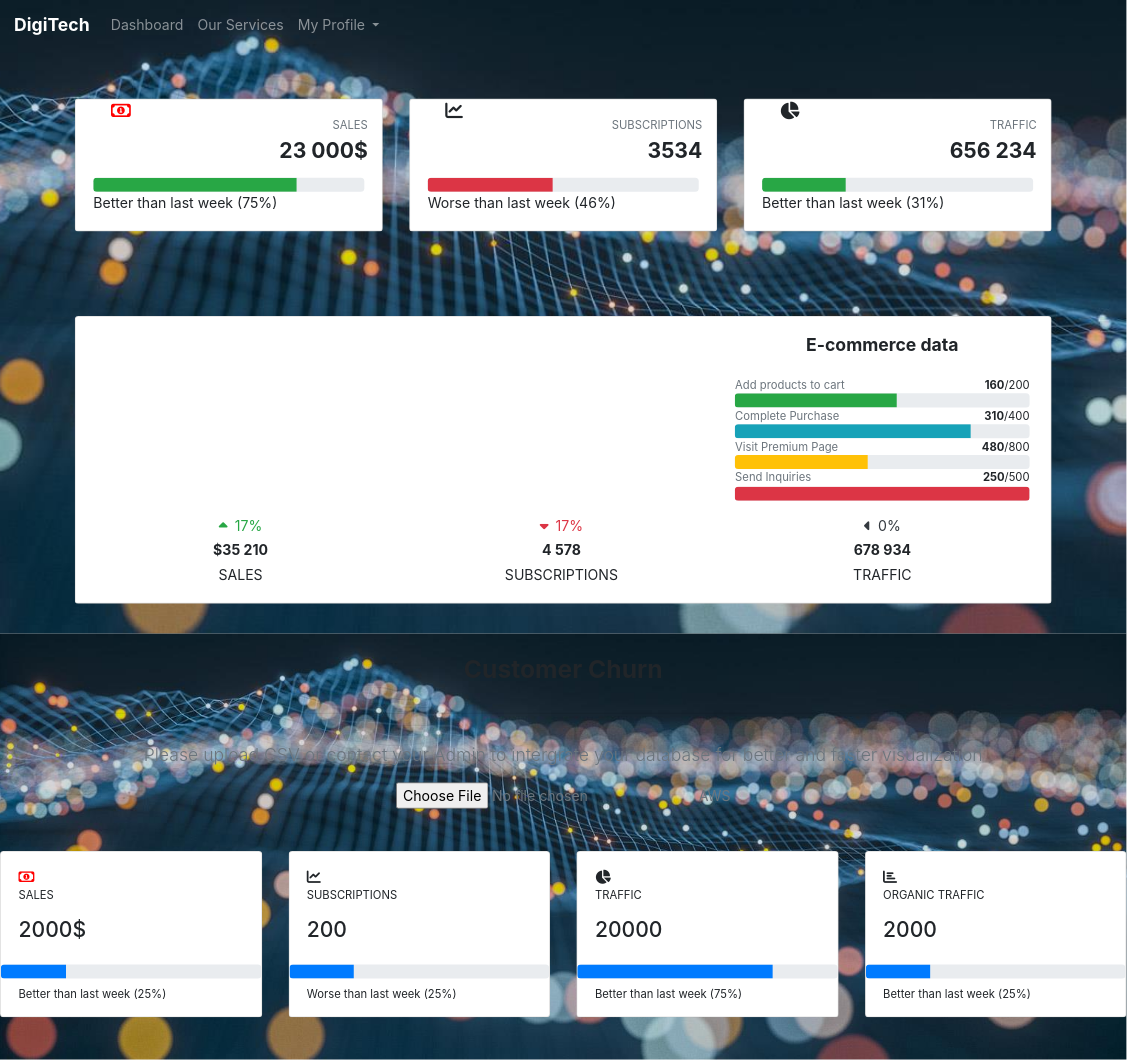
Repository: Tookliin/DigiTech
Page: /profile
The author's editor kept a copy of each file at every save. The page is drawn from the files as they stood at one save, then again after the next save.
The browser window is 1280 px wide. The page is 1295 px wide, so the pictures cover 1295 px, including what lies to the right of the window. The pictures show the whole page, at 88% of full size.
The project was rebuilt for these pictures with package versions that can differ from the ones it lists, and the page was loaded fresh each time. Also part of the build but not shown: src/components/Dashboard.vue, src/components/Error.vue, src/components/Register.vue, src/components/Organization.vue.

Above is the page before, as saved 2020-07-22 00:43:28.

### src/main.js
import Vue from 'vue';
import App from './App.vue';
import VueRouter from 'vue-router';
// import 'bootstrap-icons';
// import 'bootstrap-icons/icons';
import 'jquery';
import 'popper.js';
import 'bootstrap';
import 'bootstrap/dist/css/bootstrap.min.css';
import './assets/css/main.css';
import '@fortawesome/fontawesome-free/css/all.min.css';
import 'bootstrap-css-only/css/bootstrap.min.css';
import Dashboard from './components/Dashboard.vue';
import Profile from './components/Profile';
import Error from './components/Error.vue';
import Register from './components/Register.vue';
import Organization from './components/Organization.vue';

Vue.use(VueRouter);
Vue.config.productionTip = false

const router = new VueRouter({
routes: [
  {path: '/', component: Dashboard},
  {path: '/profile', component: Profile},
  {path: '/register', component: Register},
  {path: '/data', component: Organization},
  {path: '*', component: Error}
],
mode: 'history'
});
new Vue({
  router,
  render: h => h(App)
}).$mount('#app');

### src/App.vue
<template>
  <div id="app">
    <main class="">
  <nav class="navbar fixed-top navbar-expand-lg navbar-dark scrolling-navbar">
        <a class="navbar-brand" href="/"><strong>DigiTech</strong></a>
        <button class="navbar-toggler" type="button" data-toggle="collapse" data-target="#navbarSupportedContent" aria-controls="navbarSupportedContent" aria-expanded="false" aria-label="Toggle navigation">
            <span class="navbar-toggler-icon"></span>
        </button>
        <div class="collapse navbar-collapse" id="navbarSupportedContent">
            <ul class="navbar-nav mr-auto">
              <router-link to="/">
              <a class="nav-link">Dashboard <span class="sr-only">(current)</span></a></router-link>

                <router-link to="/profile">
                  <a class="nav-link" >Our Services</a>
                </router-link>


                 <li class="nav-item dropdown">
          <a class="nav-link dropdown-toggle" id="navbarDropdownMenuLink-4" data-toggle="dropdown" aria-haspopup="true"
            aria-expanded="false">
           My Profile
          </a>
          <div class="dropdown-menu dropdown-menu-right dropdown-info" aria-labelledby="navbarDropdownMenuLink-4">
             <router-link to="/login">
             <a class="dropdown-item">Account</a></router-link>

             <router-link to="/register">
             <a class="dropdown-item">Register</a></router-link>

             <router-link to="/logout">
             <a class="dropdown-item">Log out</a></router-link>



            <!-- <a class="dropdown-item" href="/data">Our Clients</a> -->
          </div>
        </li>
            </ul>
        </div>
    </nav>
    </main>
    <router-view/>
  </div>
</template>
<script>
export default {
  name: "App",
  components:{

  },
  data(){
    return{}
  }
}
</script>

### src/assets/css/main.css
html,
body,
header,
.view {
  height: 100%;
}

.navbar {
    background-color: transparent;
}

@media (max-width: 740px) {
  html,
  body,
  header,
  .view {
    height: 1200px;
  }
}
@media (min-width: 800px) and (max-width: 850px) {
  html,
  body,
  header,
  .view {
    height: 700px;
  }
}

.top-nav-collapse {
  background-color: #39448c !important;
}

.navbar:not(.top-nav-collapse) {
  background: transparent !important;
}

@media (max-width: 991px) {
 .navbar:not(.top-nav-collapse) {
  background: #39448c !important;
 }
}

.far{
    color: red;
}

.dashboard{
    background-color: #21D4FD;
background-image: -webkit-linear-gradient(19deg, #21D4FD 0%, #B721FF 100%);
background-image: -moz-linear-gradient(19deg, #21D4FD 0%, #B721FF 100%);
background-image: -o-linear-gradient(19deg, #21D4FD 0%, #B721FF 100%);
background-image: linear-gradient(19deg, #21D4FD 0%, #B721FF 100%);
}


 .profile{
    /* background-color: #FAACA8;
background-image: -webkit-linear-gradient(19deg, #FAACA8 0%, #DDD6F3 100%);
background-image: -moz-linear-gradient(19deg, #FAACA8 0%, #DDD6F3 100%);
background-image: -o-linear-gradient(19deg, #FAACA8 0%, #DDD6F3 100%);
background-image: linear-gradient(19deg, #FAACA8 0%, #DDD6F3 100%); */
background-image: url("../images/dsa.jpg");
background-position: center;
background-size: cover;;

 }

 .client-card{
     background-color: green;
     background-position: center;
    background-size: cover;
    position: relative;
 }

 .customer-churn{
     /* background-attachment: fixed; */
     background-image: url("../images/dsa.jpg");
     background-position: center;
     background-size: cover;;
 }

### src/components/Profile.vue
<template>

<div class="">
<div class="profile" style="height: 100vh;">

<div class="container ">
    <div class="row">
      <div class="col-lg-4 col-md-12 py-5 my-5">
        <div class="card mt-3">

          <div class="">
            <i class="far fa-money-bill-alt fa-lg primary-color z-depth-2 p-4 ml-3 mt-n3 rounded text-black"></i>
            <div class="float-right text-right p-3">
              <p class="text-uppercase text-muted mb-1"><small>sales</small></p>
              <h4 class="font-weight-bold mb-0">23 000$</h4>
            </div>
          </div>

          <div class="card-body pt-0">
            <div class="progress md-progress">
              <div class="progress-bar bg-success" role="progressbar" style="width: 75%" aria-valuenow="75" aria-valuemin="0"
                aria-valuemax="100"></div>
            </div>
            <p class="card-text">Better than last week (75%)</p>
          </div>
        </div>
      </div>

      <div class="col-lg-4 col-md-6 my-5 py-5">
        <div class="card mt-3">
          <div class="">
            <i class="fas fa-chart-line fa-lg teal z-depth-2 p-4 ml-3 mt-n3 rounded text-black"></i>
            <div class="float-right text-right p-3">
              <p class="text-uppercase text-muted mb-1"><small>subscriptions</small></p>
              <h4 class="font-weight-bold mb-0">3534</h4>
            </div>
          </div>
          <div class="card-body pt-0">
            <div class="progress md-progress">
              <div class="progress-bar bg-danger" role="progressbar" style="width: 46%" aria-valuenow="46" aria-valuemin="0"
                aria-valuemax="100"></div>
            </div>
            <p class="card-text">Worse than last week (46%)</p>
          </div>
        </div>
      </div>

      <div class="col-lg-4 col-md-6 my-5 py-5">
        <div class="card mt-3">
          <div class="">
            <i class="fas fa-chart-pie fa-lg purple z-depth-2 p-4 ml-3 mt-n3 rounded text-black"></i>
            <div class="float-right text-right p-3">
              <p class="text-uppercase text-muted mb-1"><small>traffic</small></p>
              <h4 class="font-weight-bold mb-0">656 234</h4>
            </div>
          </div>
          <div class="card-body pt-0">
            <div class="progress md-progress">
              <div class="progress-bar bg-success" role="progressbar" style="width: 31%" aria-valuenow="31" aria-valuemin="0"
                aria-valuemax="100"></div>
            </div>
            <p class="card-text">Better than last week (31%)</p>
          </div>
        </div>
      </div>
    </div>


    <!-- Client Behaviour -->
 <section>
      <div class=" client-card card">
        <div class="card-body mr-md-1">
          <div class="row mb-3">
            <div class="col-md-8 mb-4">
              <canvas id="barChart" height="100"></canvas>
            </div>
            <div class="col-md-4 mb-1 mb-md-0">
              <h5 class="text-center font-weight-bold mb-4">E-commerce data</h5>
              <div class="d-flex justify-content-between">
                <small class="text-muted">Add products to cart</small>
                <small><span><strong>160</strong></span>/<span></span>200</small>
              </div>
              <div class="progress md-progress">
                <div class="progress-bar bg-success" role="progressbar" style="width: 55%" aria-valuenow="55"
                  aria-valuemin="0" aria-valuemax="100"></div>
              </div>
              <div class="d-flex justify-content-between">
                <small class="text-muted">Complete Purchase</small>
                <small><span><strong>310</strong></span>/<span></span>400</small>
              </div>
              <div class="progress md-progress">
                <div class="progress-bar bg-info" role="progressbar" style="width: 80%" aria-valuenow="80"
                  aria-valuemin="0" aria-valuemax="100"></div>
              </div>
              <div class="d-flex justify-content-between">
                <small class="text-muted">Visit Premium Page</small>
                <small><span><strong>480</strong></span>/<span></span>800</small>
              </div>
              <div class="progress md-progress">
                <div class="progress-bar bg-warning" role="progressbar" style="width: 45%" aria-valuenow="45"
                  aria-valuemin="0" aria-valuemax="100"></div>
              </div>
              <div class="d-flex justify-content-between">
                <small class="text-muted">Send Inquiries</small>
                <small><span><strong>250</strong></span>/<span></span>500</small>
              </div>
              <div class="progress md-progress">
                <div class="progress-bar bg-danger" role="progressbar" style="width: 100%" aria-valuenow="100"
                  aria-valuemin="0" aria-valuemax="100"></div>
              </div>
            </div>
          </div>
          <div class="row text-center">
            <div class="col-md-4 mb-4 mb-md-0">
              <p class="text-success mb-1"><i class="fas fa-caret-up mr-2"></i>17%</p>
              <p class="font-weight-bold mb-1">$35 210</p>
              <p class="text-uppercase mb-md-0">Sales</p>
            </div>
            <div class="col-md-4 mb-4 mb-md-0">
              <p class="text-danger mb-1"><i class="fas fa-caret-down mr-2"></i>17%</p>
              <p class="font-weight-bold mb-1">4 578</p>
              <p class="text-uppercase mb-md-0">Subscriptions</p>
            </div>
            <div class="col-md-4 mb-0">
              <p class="text-dark mb-1"><i class="fas fa-caret-left mr-2"></i>0%</p>
              <p class="font-weight-bold mb-1">678 934</p>
              <p class="text-uppercase mb-0">Traffic</p>
            </div>
          </div>
        </div>
      </div>
    </section>






    </div>
    </div>

<!-- Customer Churn -->
<section class=" customer-churn py-4">

    <h3 class="font-weight-bold text-center dark-grey-text pb-2">
        Customer Churn</h3>
    <hr class="w-header my-4">
    <p class="lead text-center text-muted pt-2 mb-3">Please upload CSV or contact your Admin to intergrate your database for better and faster visualization

    </p>

    <div class="text-center text-muted mb-5">
        <input type="file" name="form" id="form">
        <a class="primary-color">AWS</a>
    </div>


    <div class="row white-text">
      <div class="col-xl-3 col-md-6 mb-4">
        <div class="sales card classic-admin-card primary-color">
          <div class="card-body py-3">
            <i class="far fa-money-bill-alt"></i>
            <p class="small">SALES</p>
            <h4>2000$</h4>
          </div>
          <div class="progress md-progress">
            <div class="progress-bar grey darken-3" role="progressbar" style="width: 25%" aria-valuenow="25" aria-valuemin="0" aria-valuemax="100"></div>
          </div>
          <div class="card-body pt-2 pb-3">
            <p class="small mb-0">Better than last week (25%)</p>
          </div>
        </div>
      </div>

      <div class="col-xl-3 col-md-6 mb-4">
        <div class="subscription card classic-admin-card warning-color">
          <div class="card-body py-3">
            <i class="fas fa-chart-line"></i>
            <p class="small">SUBSCRIPTIONS</p>
            <h4>200</h4>
          </div>
          <div class="progress md-progress">
            <div class="progress-bar bg grey darken-3" role="progressbar" style="width: 25%" aria-valuenow="25" aria-valuemin="0" aria-valuemax="100"></div>
          </div>
          <div class="card-body pt-2 pb-3">
            <p class="small mb-0">Worse than last week (25%)</p>
          </div>
        </div>
      </div>

      <div class="col-xl-3 col-md-6 mb-4">
        <div class="traffic card classic-admin-card light-blue lighten-1">
          <div class="card-body py-3">
            <i class="fas fa-chart-pie"></i>
            <p class="small">TRAFFIC</p>
            <h4>20000</h4>
          </div>
          <div class="progress md-progress">
            <div class="progress-bar grey darken-3" role="progressbar" style="width: 75%" aria-valuenow="75" aria-valuemin="0" aria-valuemax="100"></div>
          </div>
          <div class="card-body pt-2 pb-3">
            <p class="small mb-0">Better than last week (75%)</p>
          </div>
        </div>
      </div>

      <div class="col-xl-3 col-md-6 mb-4">
        <div class="organic card classic-admin-card red accent-2">
          <div class="card-body py-3">
            <i class="fas fa-chart-bar"></i>
            <p class="small">ORGANIC TRAFFIC</p>
            <h4>2000</h4>
          </div>
          <div class="progress md-progress">
            <div class="progress-bar grey darken-3" role="progressbar" style="width: 25%" aria-valuenow="25" aria-valuemin="0" aria-valuemax="100"></div>
          </div>
          <div class="card-body pt-2 pb-3">
            <p class="small mb-0">Better than last week (25%)</p>
          </div>
        </div>
      </div>
    </div>
  </section>


    </div>
</template>
<script>
export default {
    name: 'Profile',
    props:{

    }, data() {
        return {
myBarChart: ""




        }
    },
    mounted() {

    this.ctxB = document.getElementById("barChart").getContext('2d');
    this.myBarChart =  {
      type: 'bar',
      data: {
        labels: ["Red", "Blue", "Yellow", "Green", "Purple", "Orange"],
        datasets: [{
          label: '# of Votes',
          data: [12, 19, 3, 5, 2, 3],
          backgroundColor: [
            'rgba(255, 99, 132, 0.2)',
            'rgba(54, 162, 235, 0.2)',
            'rgba(255, 206, 86, 0.2)',
            'rgba(75, 192, 192, 0.2)',
            'rgba(153, 102, 255, 0.2)',
            'rgba(255, 159, 64, 0.2)'
          ],
          borderColor: [
            'rgba(255,99,132,1)',
            'rgba(54, 162, 235, 1)',
            'rgba(255, 206, 86, 1)',
            'rgba(75, 192, 192, 1)',
            'rgba(153, 102, 255, 1)',
            'rgba(255, 159, 64, 1)'
          ],
          borderWidth: 1
        }]
      },
      options: {
        scales: {
          yAxes: [{
            ticks: {
              beginAtZero: true
            }
          }]
        }
      }
    };
    },
    methods: {

    },
}
</script>

Loaded but not shown: public/index.html (common file)

After the next save:
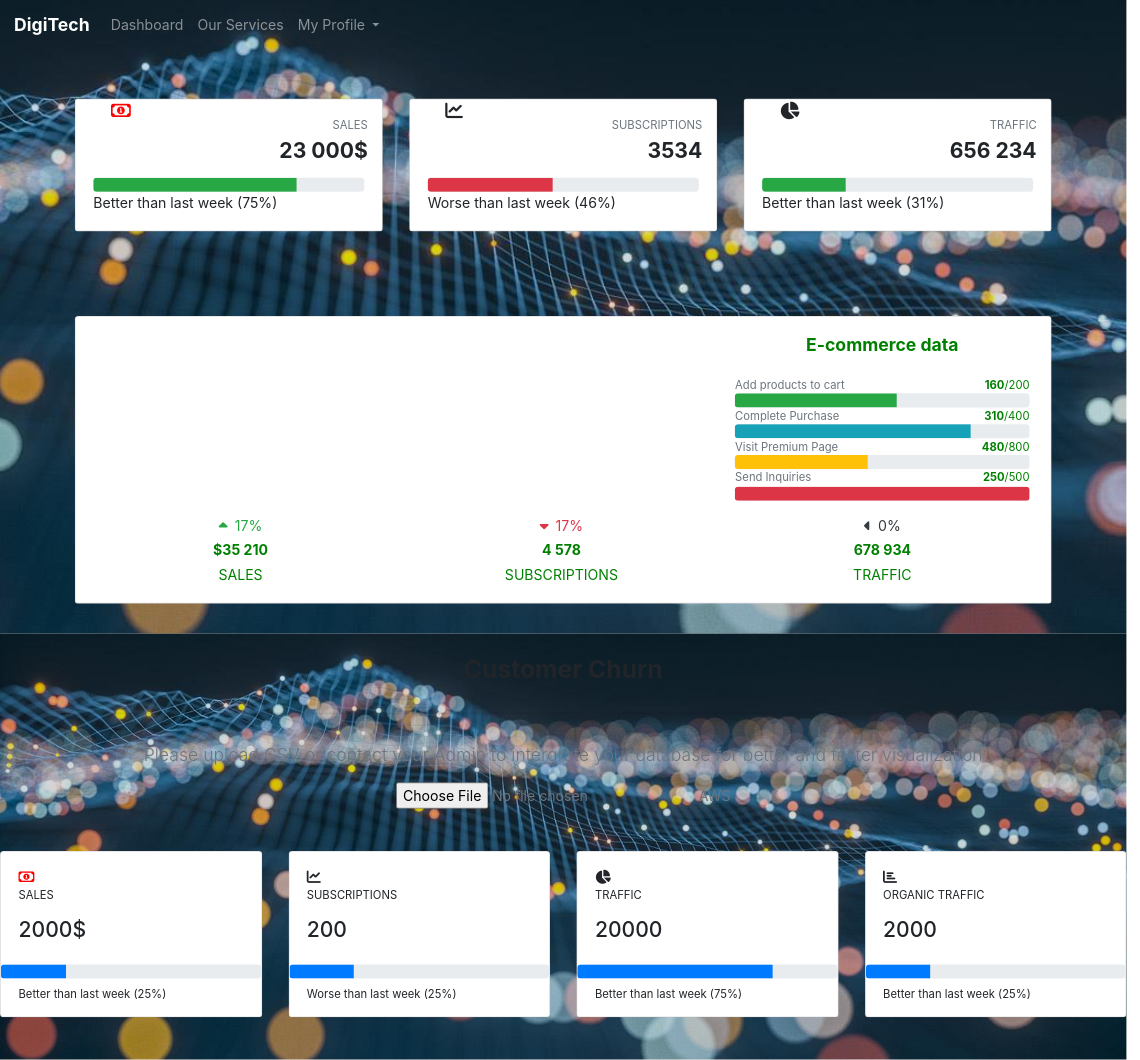
Saved 2 min 22 s later.
--- a/src/assets/css/main.css
+++ b/src/assets/css/main.css
@@ -66,7 +66,7 @@ background-size: cover;;
  }
 
  .client-card{
-     background-color: green;
+     color: green;
      background-position: center;
     background-size: cover;
     position: relative;
